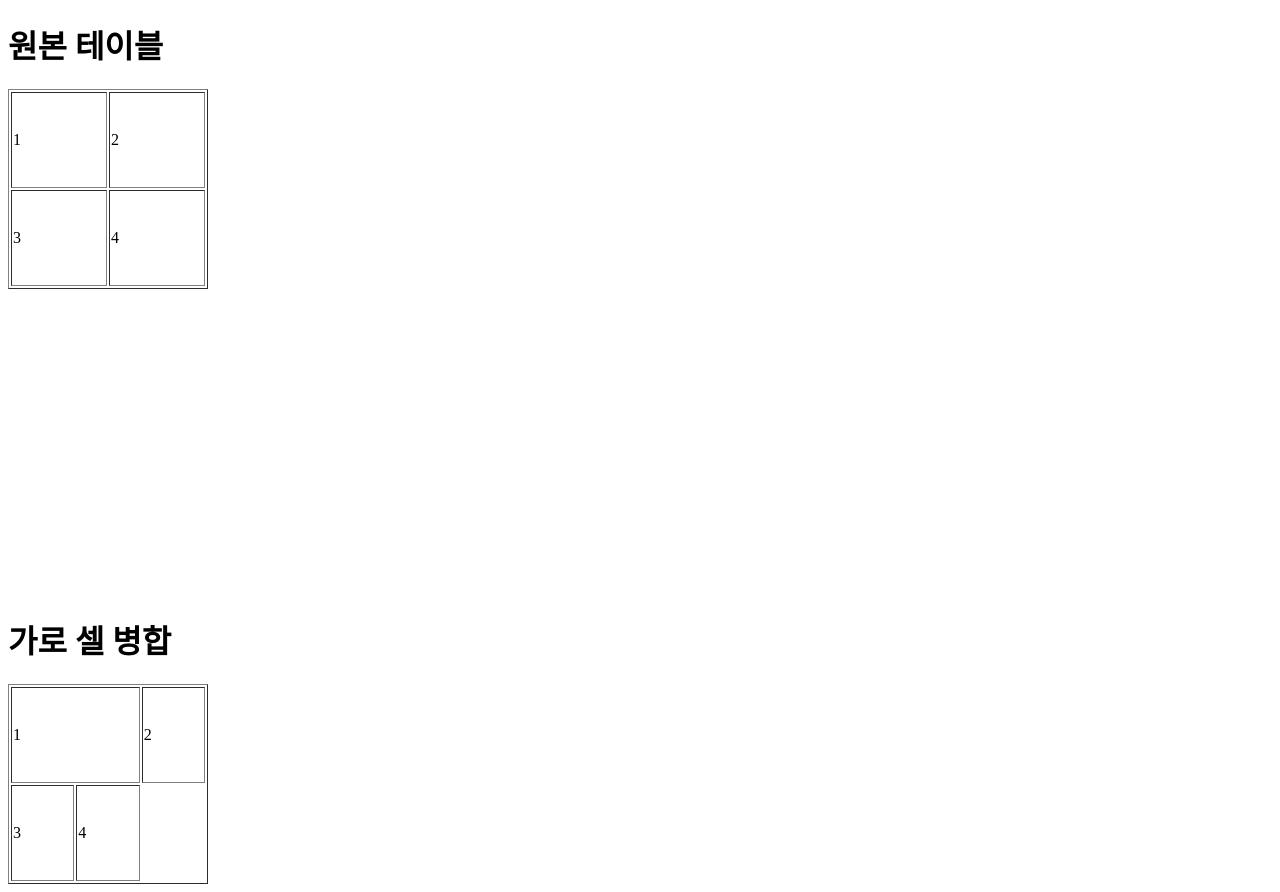
Repository: seula123/Front-End
Page: ClientTest/src/main/webapp/html/ex17_table.html
These files come from the project's save history. The page is drawn as it stood at one moment and after the next save; the edit follows.
The browser window is 1280 px wide. The pictures show the whole page.

Above is the page before, as saved 2023-09-21 01:23:39.

### ClientTest/src/main/webapp/html/ex17_table.html
<!DOCTYPE html>
<html>
<head>
<meta charset="UTF-8">
<title>Insert title here</title>
</head>
<body>

		<!-- ex17_table.html  -->



		<!--

			셀병합
			1. 가로 셀병합
			2. 세로 셀병합



		-->

		<h1> 원본 테이블 </h1>

		<table border width = "200" height ="200">
			<tr>
				<td>1</td>
				<td>2</td>
			</tr>
			<tr>
				<td>3</td>
				<td>4</td>
			</tr>
		</table>



		<br><br><br><br><br><br><br><br><br><br><br><br><br><br><br><br><br>



		<h1> 가로 셀 병합 </h1>

		<table border width = "200" height ="200">
			<tr>
				<td colspan = "2">1</td>
				<td>2</td>
			</tr>
			<tr>
				<td>3</td>
				<td>4</td>
			</tr>
		</table>







</body>
</html>

After the next save:
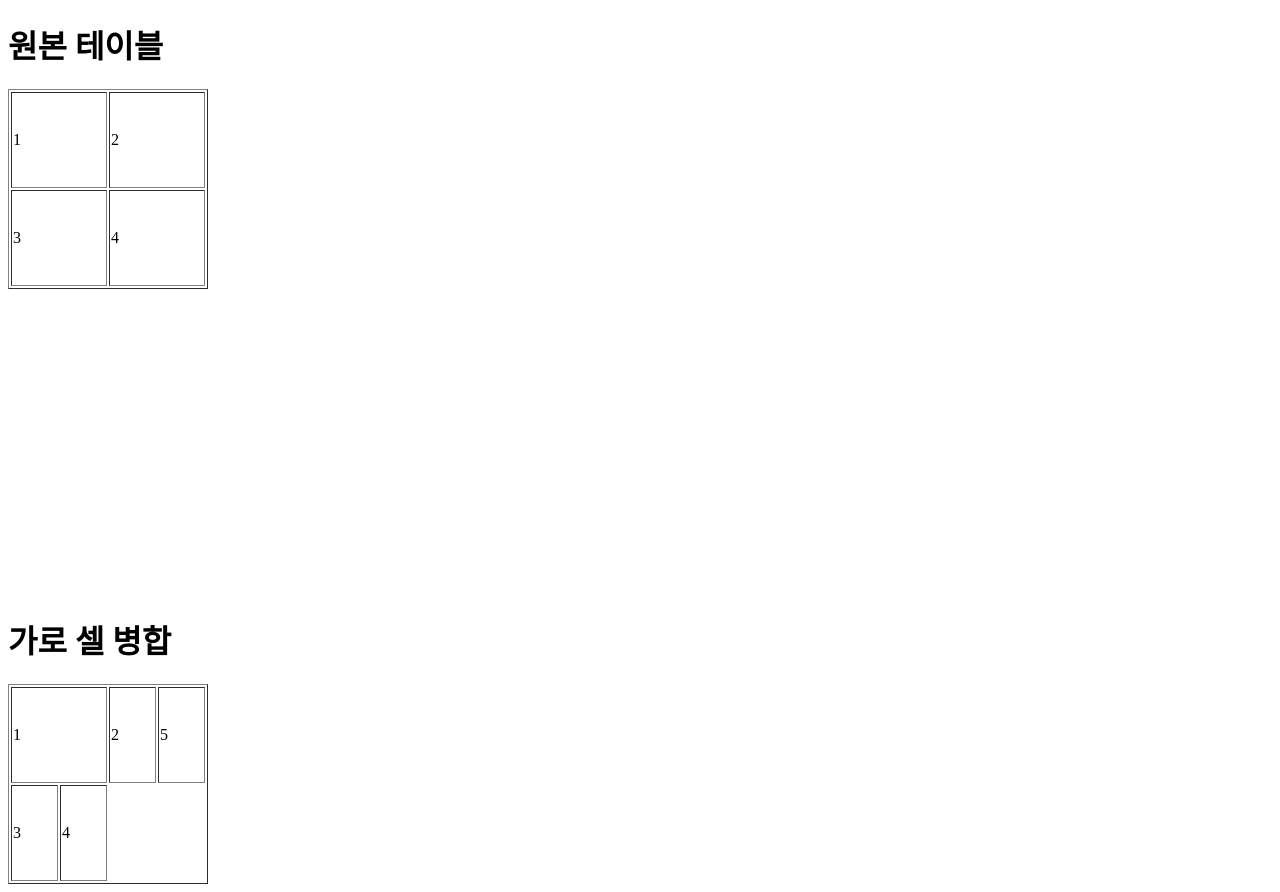
Saved 2 min 22 s later.
--- a/ClientTest/src/main/webapp/html/ex17_table.html
+++ b/ClientTest/src/main/webapp/html/ex17_table.html
@@ -38,6 +38,8 @@
 		<br><br><br><br><br><br><br><br><br><br><br><br><br><br><br><br><br>
 
 
+		<!--  ** 각각의 <tr>내의 <td> 개수는 동일해야한다.-->
+
 
 		<h1> 가로 셀 병합 </h1>
 
@@ -45,6 +47,7 @@
 			<tr>
 				<td colspan = "2">1</td>
 				<td>2</td>
+				<td>5</td>
 			</tr>
 			<tr>
 				<td>3</td>

After the save that followed:
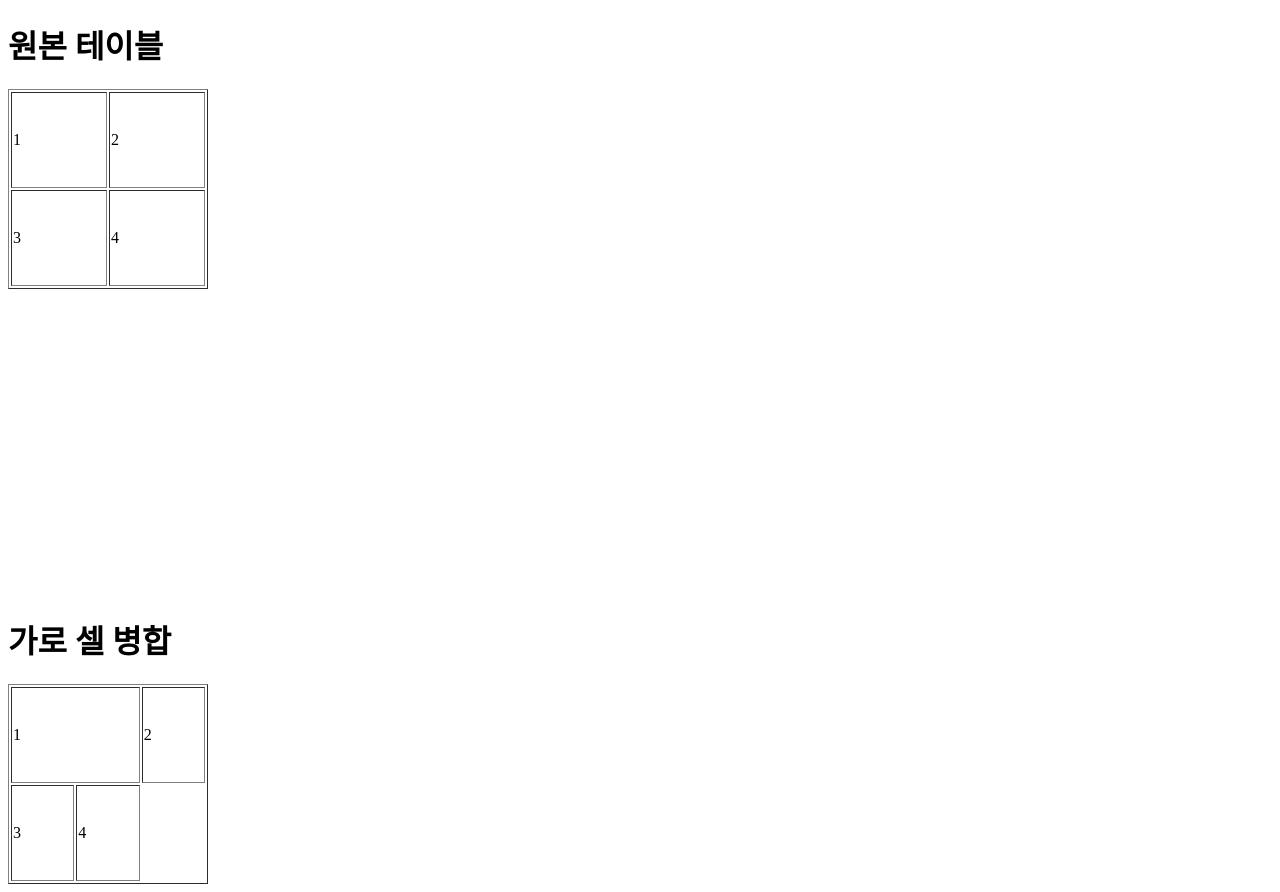
Saved 2 min 21 s later.
--- a/ClientTest/src/main/webapp/html/ex17_table.html
+++ b/ClientTest/src/main/webapp/html/ex17_table.html
@@ -47,7 +47,6 @@
 			<tr>
 				<td colspan = "2">1</td>
 				<td>2</td>
-				<td>5</td>
 			</tr>
 			<tr>
 				<td>3</td>
